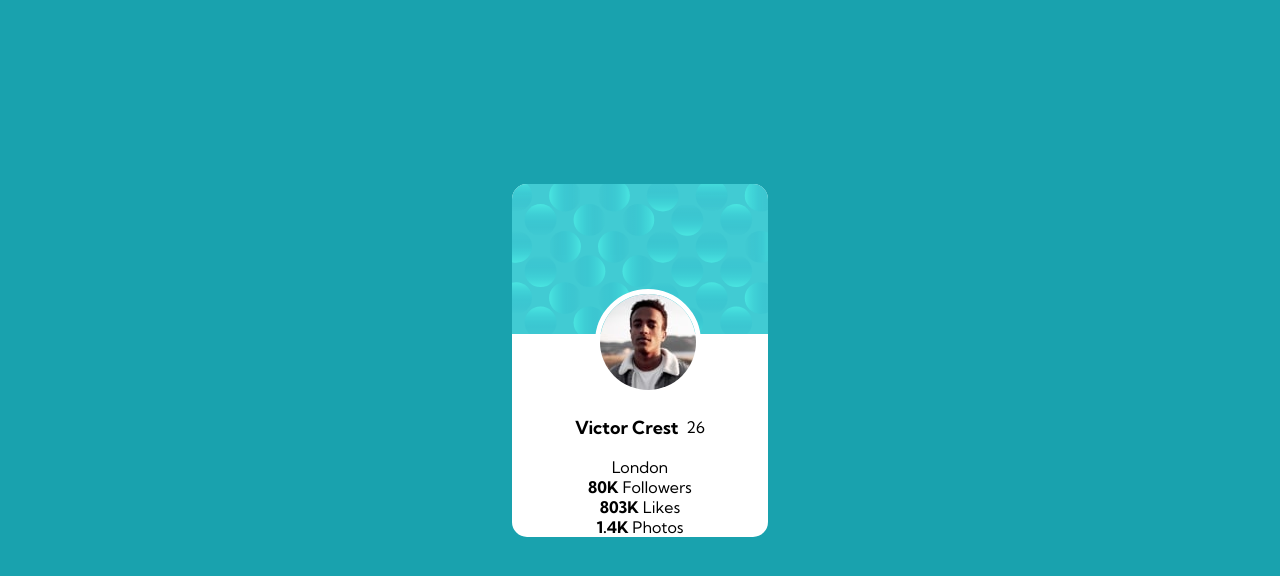
Repository: PratypartyY2K/frontendmentor-challenges
Page: profile-card-component-main/index.html
These files come from the project's save history. The page is drawn as it stood at one moment and after the next save; the edit follows.
The browser window is 1280 px wide. The pictures show the whole page.

Above is the page before, as saved 2021-07-15 13:32:23.

After the next save:
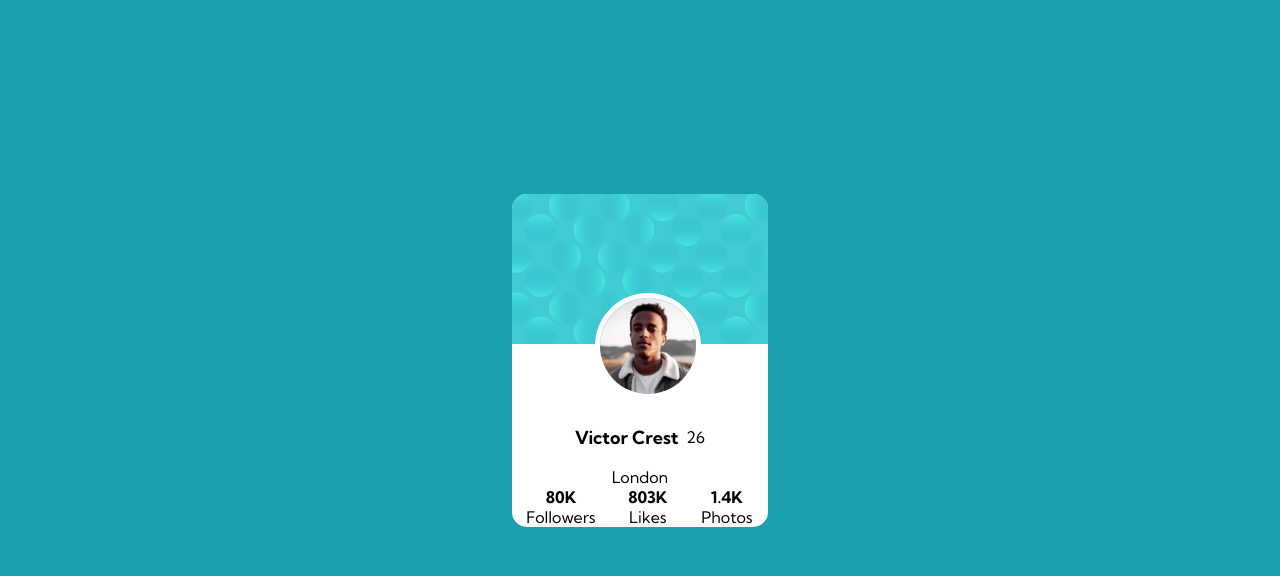
Saved 36 s later.
--- a/profile-card-component-main/style.css
+++ b/profile-card-component-main/style.css
@@ -48,7 +48,6 @@ body {
     border: 5px solid white;
     left: 32.5%;
     top: 30%;
-    object-fit: contain;
 }
 
 .middle-div {
@@ -69,6 +68,9 @@ body {
     font-size: 18px;
 }
 
+.stats {
+    display: flex;
+}
 
 
 
